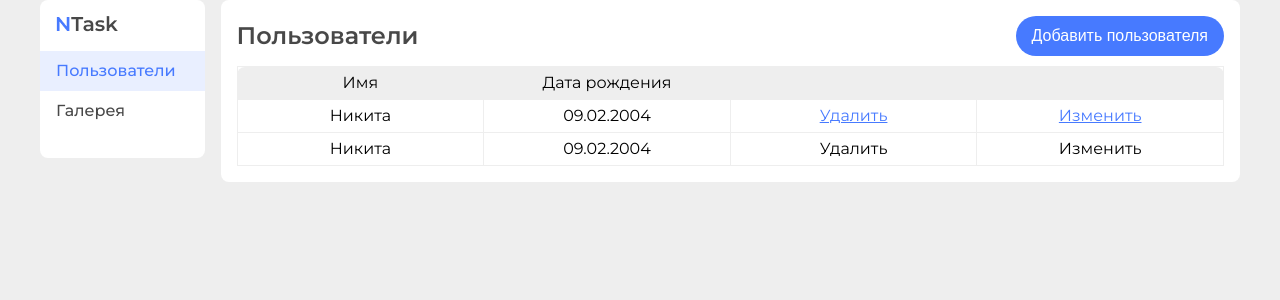
Repository: Grid-Master/NTask
Page: /
An editor plug-in stored every save of this project. The page is shown before and after the next save, followed by the edit.
The browser window is 1280 px wide. The pictures show the whole page.
The project was rebuilt for these pictures with package versions that can differ from the ones it lists, and the page was loaded fresh each time.

Above is the page before, as saved 2023-06-05 11:22:21.

### public/index.html
<!DOCTYPE html>
<html lang="en">
  <head>
    <meta charset="utf-8" />
    <link rel="icon" href="%PUBLIC_URL%/favicon.ico" />
    <meta name="viewport" content="width=device-width, initial-scale=1" />
    <meta name="theme-color" content="#000000" />
    <meta name="description" content="Web site created using create-react-app" />
    <link rel="apple-touch-icon" href="%PUBLIC_URL%/logo192.png" />
    <link rel="preconnect" href="https://fonts.googleapis.com" />
    <link rel="preconnect" href="https://fonts.gstatic.com" crossorigin />
    <link
      href="https://fonts.googleapis.com/css2?family=Montserrat:wght@300;400;500;600;700&display=swap"
      rel="stylesheet" />
    <link rel="manifest" href="%PUBLIC_URL%/manifest.json" />
    <title>React App</title>
  </head>
  <body>
    <noscript>You need to enable JavaScript to run this app.</noscript>
    <div id="root"></div>
  </body>
</html>

### src/index.css
html, body, div, span, applet, object, iframe,
h1, h2, h3, h4, h5, h6, p, blockquote, pre,
a, abbr, acronym, address, big, cite, code,
del, dfn, em, img, ins, kbd, q, s, samp,
small, strike, strong, sub, sup, tt, var,
b, u, i, center,
dl, dt, dd, ol, ul, li,
fieldset, form, label, legend,
table, caption, tbody, tfoot, thead, tr, th, td,
article, aside, canvas, details, embed,
figure, figcaption, footer, header, hgroup,
menu, nav, output, ruby, section, summary,
time, mark, audio, video {
	margin: 0;
	padding: 0;
	border: 0;
	font-size: 100%;
	font: inherit;
	vertical-align: baseline;
}
/* HTML5 display-role reset for older browsers */
article, aside, details, figcaption, figure,
footer, header, hgroup, menu, nav, section {
	display: block;
}
body {
	line-height: 1;
}
ol, ul {
	list-style: none;
}
blockquote, q {
	quotes: none;
}
blockquote:before, blockquote:after,
q:before, q:after {
	content: '';
	content: none;
}
table {
	border-collapse: collapse;
}
body {
  margin: 0;
  font-family: Montserrat;
  background: #EEEEEE;
  max-width: 1200px;
  margin: 0 auto;

}

code {
  font-family: source-code-pro, Menlo, Monaco, Consolas, 'Courier New',
    monospace;
}

### src/App.tsx
import './App.css';
import Navbar from './components/navabar/Navbar';
import UserList from './components/userList/UserList';

function App() {
  return (
    <div className="App">
      <Navbar />
      <UserList />
    </div>
  );
}

export default App;

### src/App.css
.App {
  display: flex;
  align-items:start;
  gap: 16px;
}

### src/components/navabar/Navbar.tsx
import { FC } from 'react';
import './navbar.sass';
const logo = require('../../images/logo.png');

const Navbar: FC = () => {
  return (
    <div className="navbar">
      <div className="navbar__imagecontainer">
        <img src={logo} alt="logo" />
      </div>
      <div className="navbar__item navbar__active">Пользователи</div>
      <div className="navbar__item">Галерея</div>
    </div>
  );
};

export default Navbar;

### src/components/userList/UserList.tsx
import React, { FC } from 'react';
import './userList.sass';

const UserList: FC = () => {
  return (
    <div className="userList">
      <div>
        <h1 className="userList__title">Пользователи</h1>
        <button className="userList__addUserBtn">Добавить пользователя</button>
      </div>
      <table className="userList__table">
        <tr className="userList__table-info">
          <td>Имя</td>
          <td>Дата рождения</td>
          <td></td>
          <td></td>
        </tr>
        <tr>
          <td>Никита</td>
          <td>09.02.2004</td>
          <td className="userList__table-btn">Удалить</td>
          <td className="userList__table-btn">Изменить</td>
        </tr>
        <tr>
          <td>Никита</td>
          <td>09.02.2004</td>
          <td>Удалить</td>
          <td>Изменить</td>
        </tr>
      </table>
    </div>
  );
};

export default UserList;

### src/components/navabar/navbar.sass
.navbar
    width: 200px
    height: 158px
    background: #FFFFFF
    border-radius: 8px
    &__imagecontainer
        padding: 16px 0
        margin-left: 16px
    &__item
        padding: 8px 16px
        cursor: pointer
        font-weight: 500
        font-size: 16px
        line-height: 150%
        color: #484848
    &__active
        background: #E9EFFF
        color: #477AFF

### src/components/userList/userList.sass
.userList
    width: 100%
    background: #FFFFFF
    border-radius: 8px
    padding: 16px
    >div
        display: flex
        align-items: center
        justify-content: space-between
    &__title
        font-weight: 600
        font-size: 24px
        line-height: 150%
        color: #484848
    &__addUserBtn
        font-weight: 500
        font-size: 16px
        line-height: 100%
        color: #FFFFFF
        background: #477AFF
        border-radius: 20px
        padding: 12px 16px
        border: none
        outline: none
        cursor: pointer
        transition: .3s
        &:hover
            opacity: .8
    &__table
        margin-top: 10px
        width: 100%
        td
            border: 1px solid #EEEEEE
            width: 238px
            text-align: center
            padding: 8px 0
        &-btn
            cursor: pointer
            text-decoration-line: underline
            color: #477AFF
            transition: .2s
            &:hover
                opacity: .8
        tr:first-child td:first-child
            border-radius: 8px 0 0 0
        tr:first-child td:last-child
            border-radius: 0 8px 0 0
        &-info
            background-color: #EEEEEE
            border-radius: 8px !important

Loaded but not shown: src/index.tsx (common file)

After the next save:
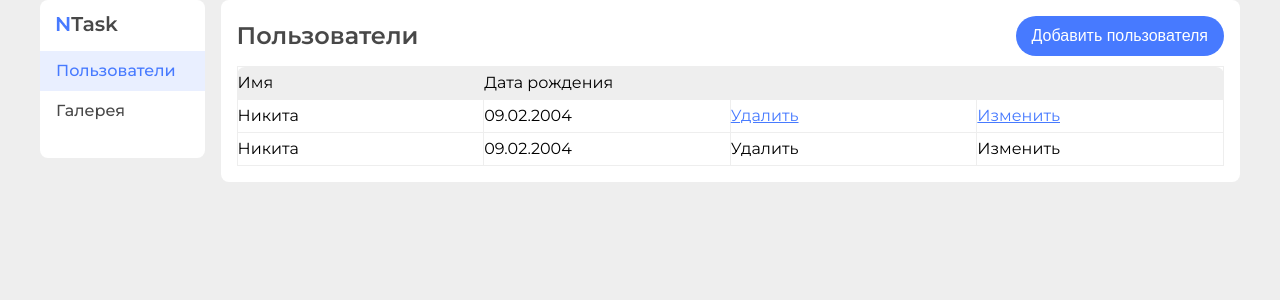
Saved 11 s later.
--- a/src/components/userList/userList.sass
+++ b/src/components/userList/userList.sass
@@ -32,7 +32,7 @@
         td
             border: 1px solid #EEEEEE
             width: 238px
-            text-align: center
+            text-align: start
             padding: 8px 0
         &-btn
             cursor: pointer
